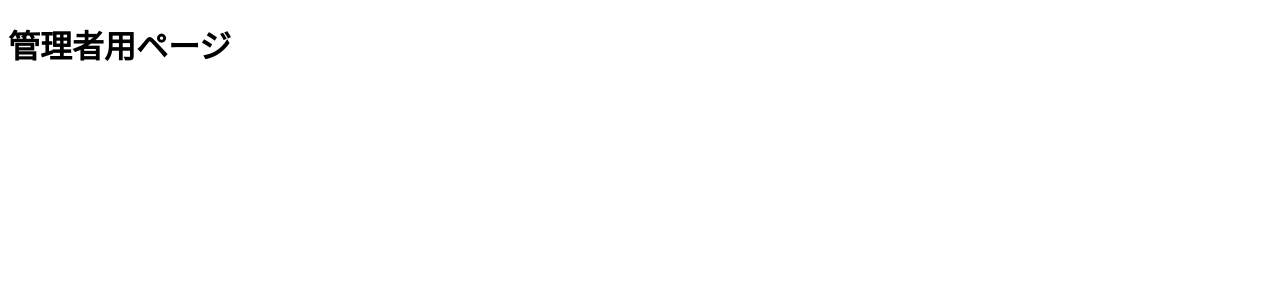
Repository: MurayamaMura/ecsite
Page: http://localhost/ecsite/manager.jsp
These files come from the project's save history. The page is drawn as it stood at one moment and after the next save; the edit follows.
The browser window is 1280 px wide. The pictures show the whole page.
The page is served by Tomcat 9.

Above is the page before, as saved 2018-07-23 11:44:41.

After the next save:
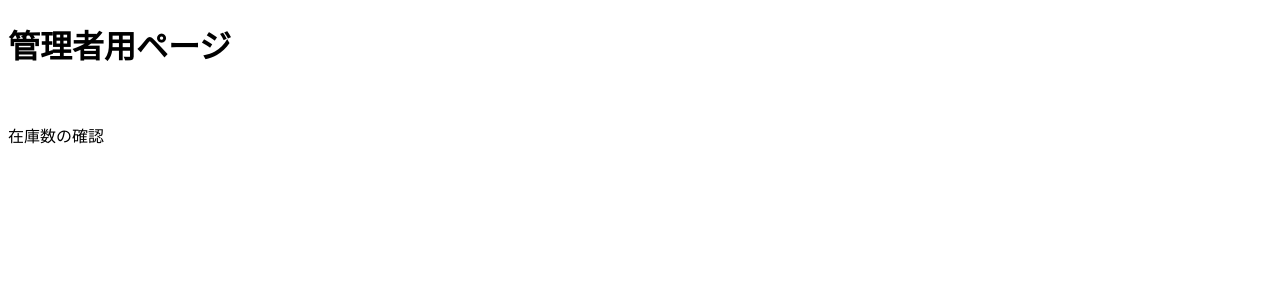
Saved 80 s later.
--- a/ecsite/WebContent/manager.jsp
+++ b/ecsite/WebContent/manager.jsp
@@ -17,5 +17,7 @@ pageEncoding="UTF-8"%>
 </head>
 <body>
 	<h1>管理者用ページ</h1>
+	<br>
+	<p>在庫数の確認</p>
 </body>
 </html>
